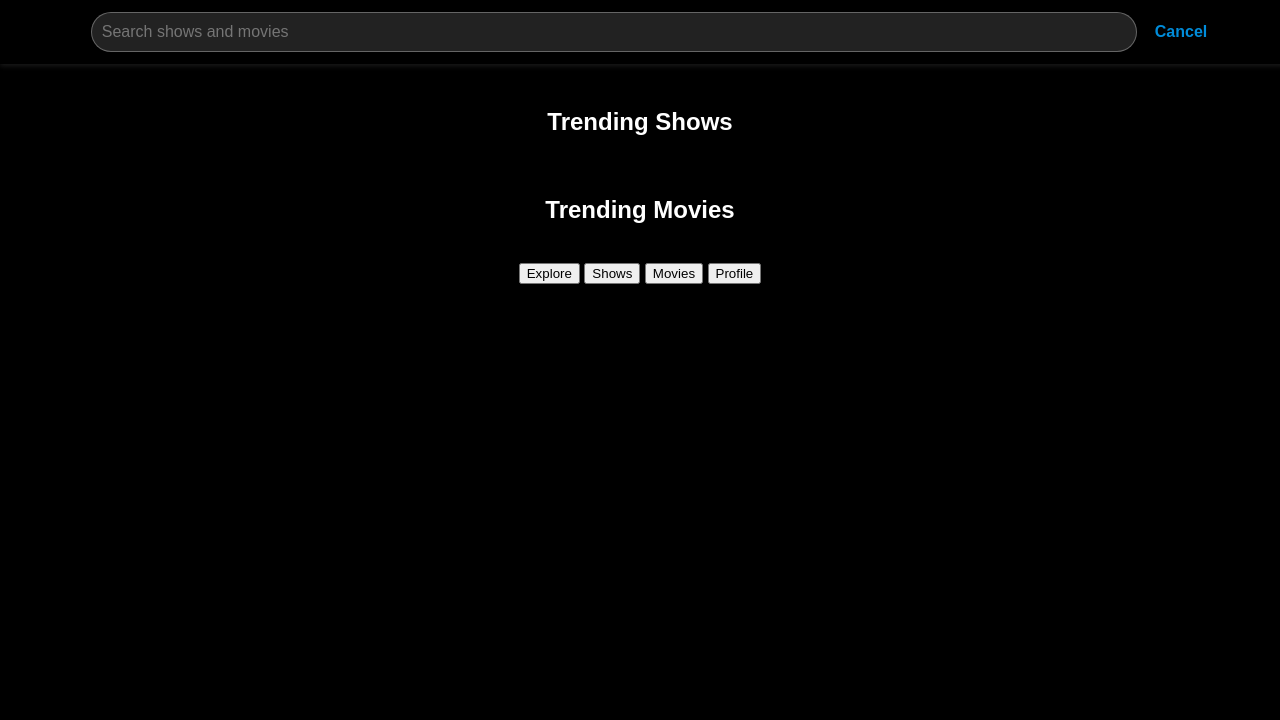
Repository: carson-jenkins-5/tracktv
Page: tracktv/frontend/index.html
An editor plug-in stored every save of this project. The page is shown before and after the next save, followed by the edit.
The browser window is 1280 px wide. The pictures show the whole page.
The page's requests for data from a server got no answer.

Above is the page before, as saved 2025-03-02 00:32:43.

### tracktv/frontend/index.html
<!DOCTYPE html>
<html lang="en">
<head>
    <meta charset="UTF-8">
    <meta name="viewport" content="width=device-width, initial-scale=1.0">
    <title>TrackTV</title>
    <link rel="stylesheet" href="styles.css">
</head>
<body>

    <!-- Search Bar -->
    <div class="search-bar-container">
        <input type="text" id="search-input" class="search-bar" placeholder="Search shows and movies">
        <button type="button" id="cancel-btn">Cancel</button>
    </div>

    <!-- Explore Section -->
    <h2>Top Shows for You</h2>
    <div id="top-shows" class="carousel"></div>

    <h2>Trending Shows</h2>
    <div id="trending-shows" class="carousel"></div>

    <h2>Trending Movies</h2>
    <div id="trending-movies" class="carousel"></div>

    <!-- Navigation Bar -->
    <div id="navbar">
        <button data-page="explore">Explore</button>
        <button data-page="shows">Shows</button>
        <button data-page="movies">Movies</button>
        <button data-page="profile">Profile</button>
    </div>

    <script src="api.js"></script>
    <script src="script.js"></script>
</body>
</html>

### tracktv/frontend/styles.css
body {
    font-family: Arial, sans-serif;
    background-color: black;
    color: white;
    margin: 0;
    padding: 0;
    text-align: center;
}

/* 🔹 Fixed Search Bar (Always Visible) */
.search-bar-container {
    position: fixed;
    top: 0;
    left: 0;
    width: 100%;
    background-color: black;
    z-index: 1000;
    display: flex;
    align-items: center;
    justify-content: center;
    padding: 12px;
    box-shadow: 0px 2px 5px rgba(255, 255, 255, 0.1);
}

/* 🔹 Search Input */
.search-bar {
    flex-grow: 1;
    max-width: 80%;
    padding: 10px;
    border-radius: 20px;
    font-size: 16px;
    border: 1px solid rgba(255, 255, 255, 0.3);
    background-color: #222;
    color: white;
    outline: none;
}

/* 🔹 Cancel Button */
#cancel-btn {
    background: none;
    border: none;
    color: #008CDA;
    font-size: 16px;
    font-weight: bold;
    margin-left: 12px;
    cursor: pointer;
    transition: color 0.3s ease;
}

#cancel-btn:hover {
    color: #00aaff;
}

/* 🔹 Search Results Page */
#search-results {
    width: 90%;
    background-color: #000;
    margin: 10px auto;
    border-radius: 8px;
    overflow-y: auto;
    padding: 10px;
}

.search-item {
    display: flex;
    align-items: center;
    padding: 12px;
    border-bottom: 1px solid rgba(255, 255, 255, 0.3);
}

.search-item img {
    width: 60px;
    height: 90px;
    border-radius: 5px;
    margin-right: 15px;
}

.search-info {
    flex-grow: 1;
}

.search-title {
    color: white;
    font-size: 16px;
    font-weight: bold;
    margin: 0;
}

.search-subtitle {
    color: rgba(255, 255, 255, 0.6);
    font-size: 14px;
    margin: 3px 0;
}

.add-button {
    background-color: #008CDA;
    color: white;
    border: none;
    font-size: 18px;
    font-weight: bold;
    width: 36px;
    height: 36px;
    border-radius: 50%;
    cursor: pointer;
    display: flex;
    align-items: center;
    justify-content: center;
}

/* 🔹 Carousels */
.carousel {
    display: flex;
    overflow-x: auto;
    gap: 10px;
    padding: 10px;
}

/* 🔹 Navbar (Ensuring Consistency) */
.navbar, .bottom-nav {
    position: fixed;
    bottom: 0;
    width: 100%;
    background-color: #222;
    display: flex;
    justify-content: space-around;
    padding: 12px 0;
    box-shadow: 0px -2px 5px rgba(255, 255, 255, 0.1);
}

.navbar button, .bottom-nav button {
    background: none;
    border: none;
    color: white;
    font-size: 16px;
    cursor: pointer;
}

.navbar button.active, .bottom-nav button.active {
    font-weight: bold;
}

/* 🔹 Tabs */
.tabs {
    display: flex;
    justify-content: center;
    padding: 10px;
    background: black;
    border-bottom: 2px solid white;
}

.tabs span {
    margin: 0 15px;
    padding: 5px 0;
    font-size: 16px;
    color: rgba(255, 255, 255, 0.7);
    cursor: pointer;
}

.tabs .active {
    border-bottom: 2px solid white;
    color: white;
}

/* 🔹 Empty Watchlist (Movies & Shows Page) */
.empty-state {
    text-align: center;
    padding: 50px 20px;
}

.empty-state img {
    width: 120px;
    margin-bottom: 15px;
}

.empty-state h2 {
    font-size: 20px;
    margin-bottom: 5px;
}

.empty-state p {
    font-size: 14px;
    color: rgba(255, 255, 255, 0.6);
    margin-bottom: 15px;
}

.empty-state button {
    background-color: yellow;
    color: black;
    padding: 10px 20px;
    border: none;
    font-size: 16px;
    cursor: pointer;
    border-radius: 5px;
}

### tracktv/frontend/api.js
const API_KEY = "68d6cd9baadb236523ec6497d0e352a5";
const BASE_URL = "https://api.themoviedb.org/3";

// Fetch trending TV shows
async function fetchTrendingShows() {
    const response = await fetch(`${BASE_URL}/tv/popular?api_key=${API_KEY}`);
    const data = await response.json();
    return data.results;
}

// Fetch trending movies
async function fetchTrendingMovies() {
    const response = await fetch(`${BASE_URL}/movie/popular?api_key=${API_KEY}`);
    const data = await response.json();
    return data.results;
}

// Search movies/shows
async function searchMovies(query) {
    const response = await fetch(`${BASE_URL}/search/multi?api_key=${API_KEY}&query=${query}`);
    const data = await response.json();
    return data.results;
}

### tracktv/frontend/script.js
document.addEventListener("DOMContentLoaded", async function () {
    const topShowsContainer = document.getElementById("top-shows");
    const trendingShowsContainer = document.getElementById("trending-shows");
    const trendingMoviesContainer = document.getElementById("trending-movies");
    const searchInput = document.getElementById("search-input");
    const searchForm = document.getElementById("search-form");
    const cancelBtn = document.getElementById("cancel-btn");
    const navbar = document.getElementById("navbar");

    // Load Trending Shows (if container exists)
    if (trendingShowsContainer) {
        try {
            const trendingShows = await fetchTrendingShows();
            trendingShows.forEach(show => {
                const img = document.createElement("img");
                img.src = show.poster_path
                    ? `https://image.tmdb.org/t/p/w200${show.poster_path}`
                    : "https://via.placeholder.com/100x150";
                img.alt = show.name;
                trendingShowsContainer.appendChild(img);
            });
        } catch (error) {
            console.error("Error fetching trending shows:", error);
        }
    }

    // Load Trending Movies (if container exists)
    if (trendingMoviesContainer) {
        try {
            const trendingMovies = await fetchTrendingMovies();
            trendingMovies.forEach(movie => {
                const img = document.createElement("img");
                img.src = movie.poster_path
                    ? `https://image.tmdb.org/t/p/w200${movie.poster_path}`
                    : "https://via.placeholder.com/100x150";
                img.alt = movie.title;
                trendingMoviesContainer.appendChild(img);
            });
        } catch (error) {
            console.error("Error fetching trending movies:", error);
        }
    }

    // Search Form Submission (Clicking Submit Button)
    if (searchForm) {
        searchForm.addEventListener("submit", function (e) {
            e.preventDefault();
            handleSearch();
        });
    }

    // Pressing "Enter" in the Search Bar Triggers Search
    if (searchInput) {
        searchInput.addEventListener("keydown", function (event) {
            if (event.key === "Enter") {
                event.preventDefault();
                handleSearch();
            }
        });
    }

    // Function to Handle Search and Redirect
    function handleSearch() {
        const query = searchInput.value.trim();
        if (query.length > 0) {
            window.location.href = `search.html?q=${encodeURIComponent(query)}`;
        }
    }

    // Cancel Button: Go Back to the Previous Page
    if (cancelBtn) {
        cancelBtn.addEventListener("click", function () {
            window.history.back();
        });
    }

    // Navbar Clicks: Redirect Instead of Alerting
    if (navbar) {
        navbar.addEventListener("click", function (e) {
            const targetPage = e.target.getAttribute("data-page");
            if (targetPage) {
                window.location.href = targetPage + ".html"; // Redirect to correct page
            }
        });
    }
});

After the next save:
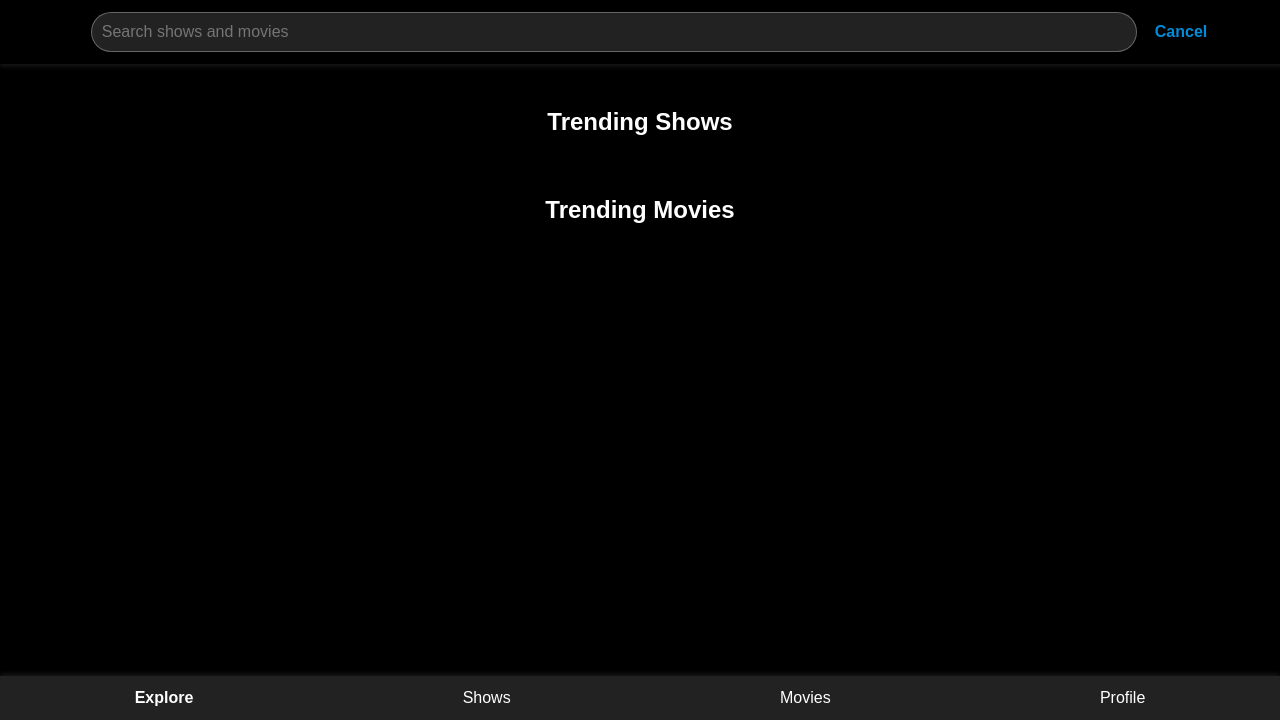
Saved 114 s later.
--- a/tracktv/frontend/index.html
+++ b/tracktv/frontend/index.html
@@ -14,6 +14,13 @@
         <button type="button" id="cancel-btn">Cancel</button>
     </div>
 
+    <div class="navbar">
+        <button onclick="window.location.href='index.html'" class="active">Explore</button>
+        <button onclick="window.location.href='shows.html'">Shows</button>
+        <button onclick="window.location.href='movies.html'">Movies</button>
+        <button onclick="window.location.href='profile.html'">Profile</button>
+    </div>
+
     <!-- Explore Section -->
     <h2>Top Shows for You</h2>
     <div id="top-shows" class="carousel"></div>
@@ -24,14 +31,6 @@
     <h2>Trending Movies</h2>
     <div id="trending-movies" class="carousel"></div>
 
-    <!-- Navigation Bar -->
-    <div id="navbar">
-        <button data-page="explore">Explore</button>
-        <button data-page="shows">Shows</button>
-        <button data-page="movies">Movies</button>
-        <button data-page="profile">Profile</button>
-    </div>
-
     <script src="api.js"></script>
     <script src="script.js"></script>
 </body>
